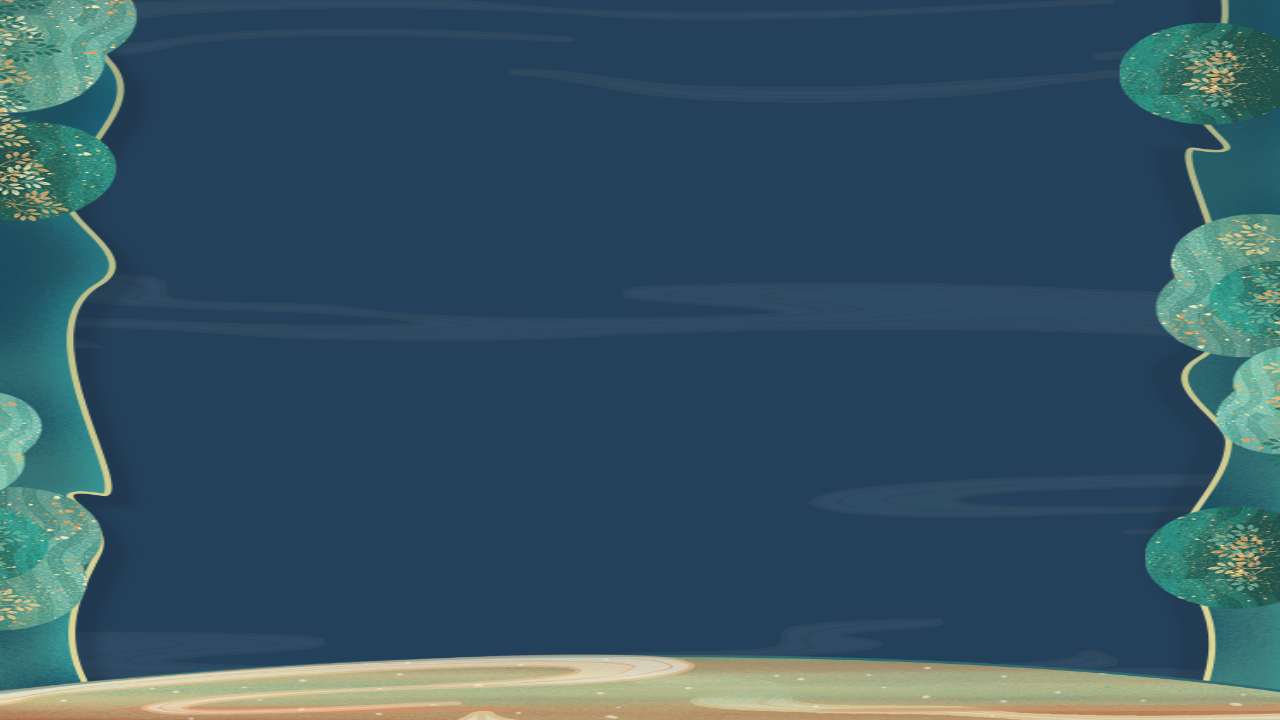
Repository: liushiwei151/hhl_dragon_boat_festival
Page: /Game
An editor plug-in stored every save of this project. The page is shown before and after the next save, followed by the edit.
The browser window is 1280 px wide. The pictures show the whole page.
The project was rebuilt for these pictures with package versions that can differ from the ones it lists, and the page was loaded fresh each time. Also part of the build but not shown: vue.config.js, src/views/Home.vue.

Above is the page before, as saved 2020-06-05 13:43:54.

After the next save:
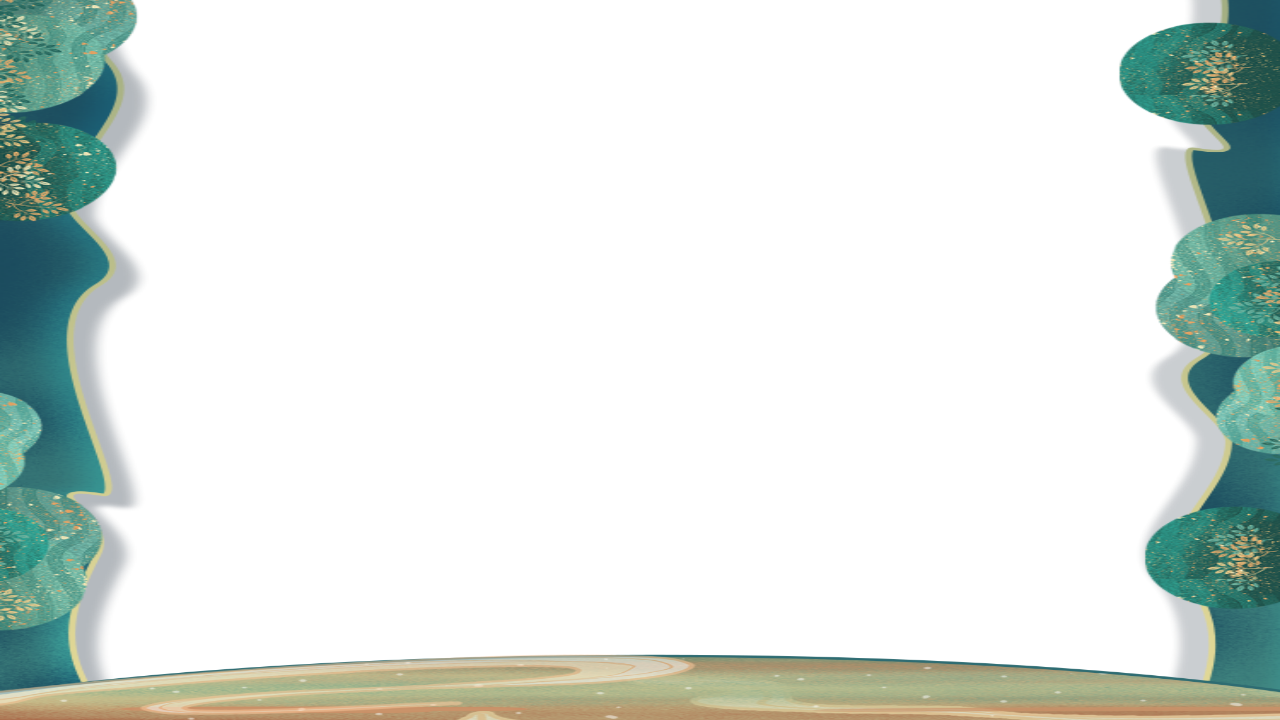
Saved 17 s later.
--- a/src/views/Game.vue
+++ b/src/views/Game.vue
@@ -33,7 +33,7 @@
   .gameBG {
     background: url(../assets/gameBG.png);
     z-index: -1;
-    height: auto;
+    height: auto !important;
     @bg100();
   }
 }

After the save that followed:
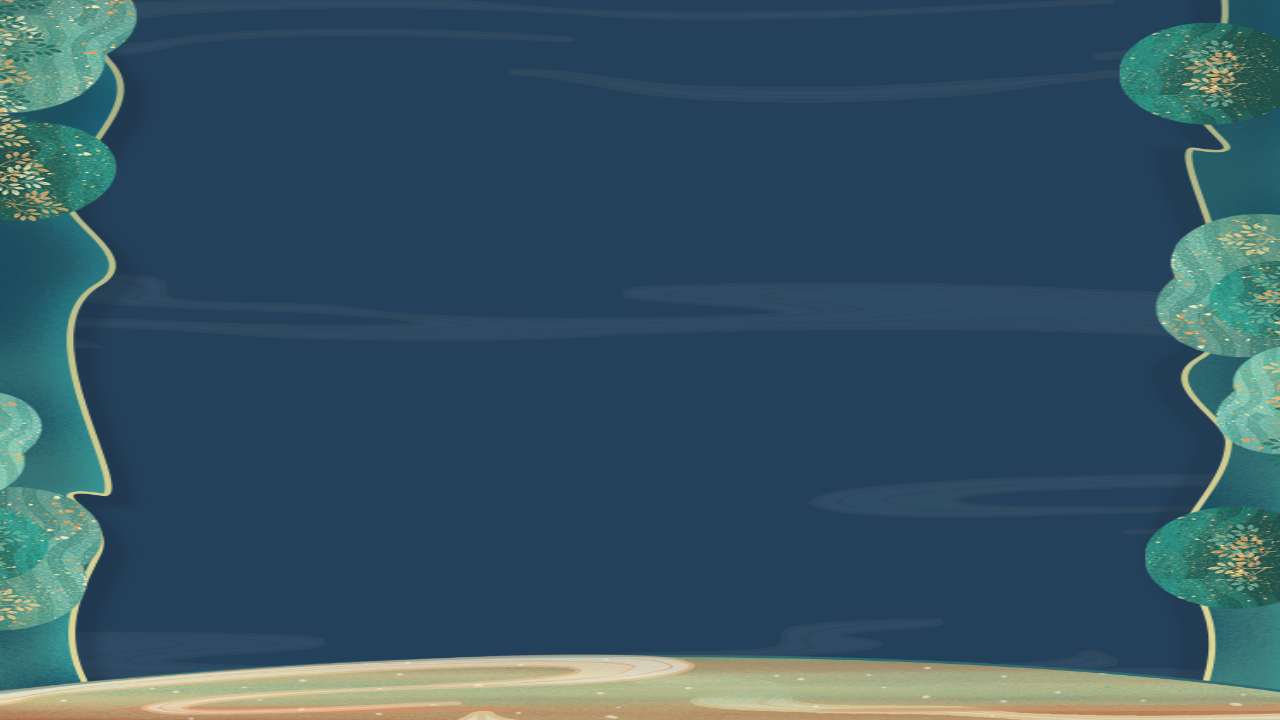
Saved 11 s later.
--- a/src/views/Game.vue
+++ b/src/views/Game.vue
@@ -33,7 +33,6 @@
   .gameBG {
     background: url(../assets/gameBG.png);
     z-index: -1;
-    height: auto !important;
     @bg100();
   }
 }
